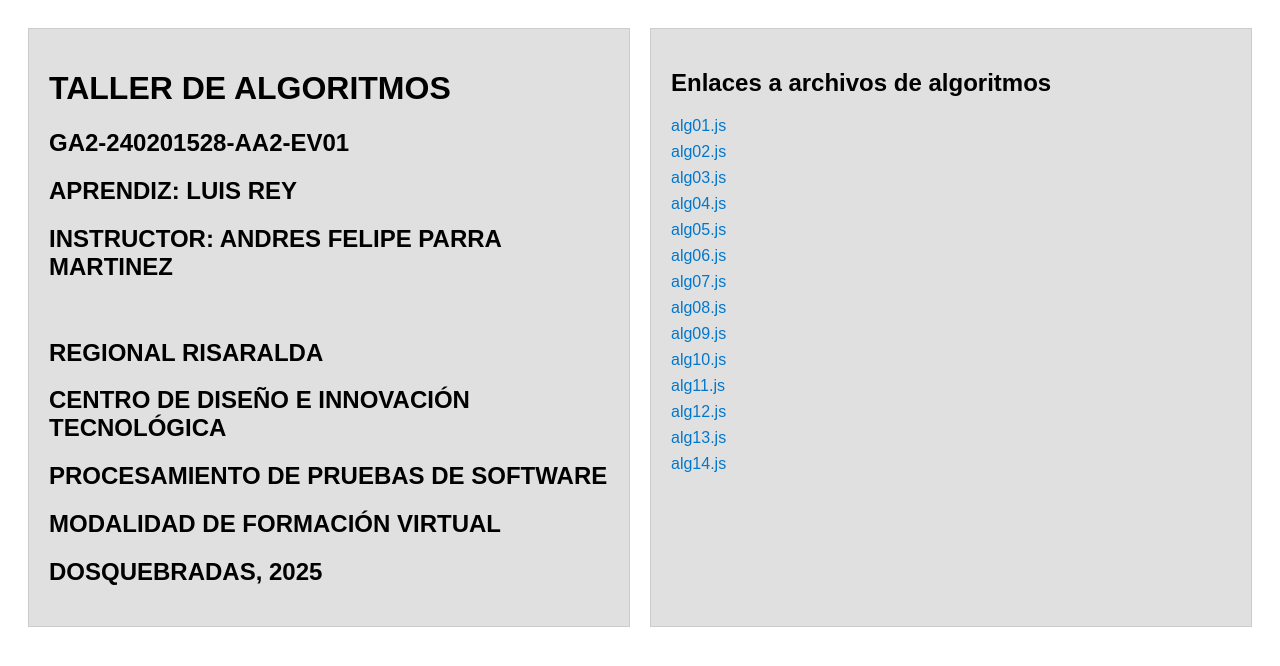
Repository: rlhardrock/SENATallerAlgoritmos01
Page: algoritmo.html
These files come from the project's save history. The page is drawn as it stood at one moment and after the next save; the edit follows.
The browser window is 1280 px wide. The pictures show the whole page.

Above is the page before, as saved 2025-04-23 17:56:33.

After the next save:
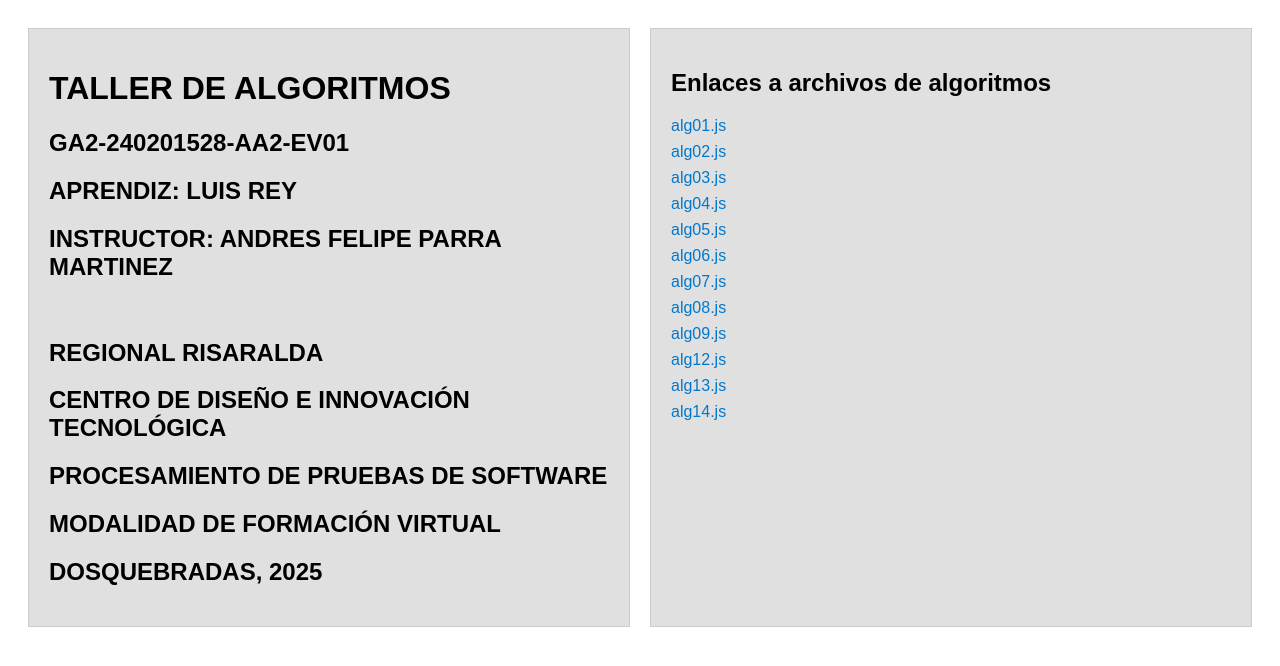
Saved 15 s later.
--- a/algoritmo.html
+++ b/algoritmo.html
@@ -61,8 +61,6 @@
                 <li><a href="alg07.js">alg07.js</a></li>
                 <li><a href="alg08.js">alg08.js</a></li>
                 <li><a href="alg09.js">alg09.js</a></li>
-                <li><a href="alg10.js">alg10.js</a></li>
-                <li><a href="alg11.js">alg11.js</a></li>
                 <li><a href="alg12.js">alg12.js</a></li>
                 <li><a href="alg13.js">alg13.js</a></li>
                 <li><a href="alg14.js">alg14.js</a></li>
